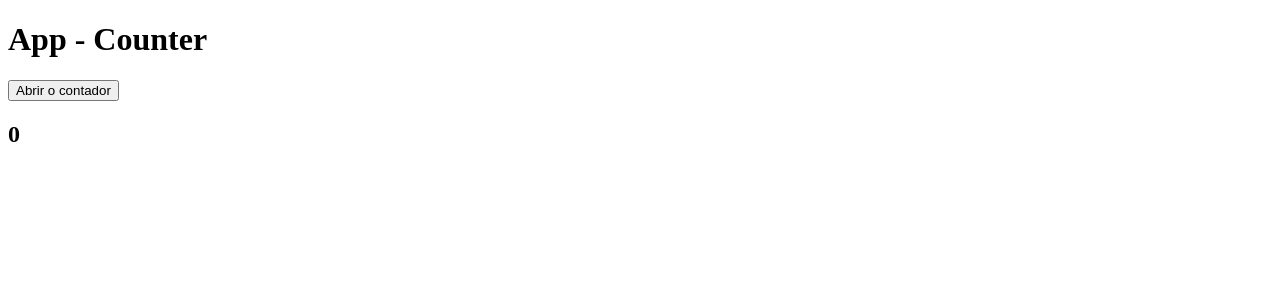
Repository: AlanRei/Counter
Page: /
The author's editor kept a copy of each file at every save. The page is drawn from the files as they stood at one save, then again after the next save.
The browser window is 1280 px wide. The pictures show the whole page.
The project was rebuilt for these pictures with package versions that can differ from the ones it lists, and the page was loaded fresh each time. The framework's server and built-in components were replaced by stand-ins that run in the browser. Also part of the build but not shown: next.config.js.

Above is the page before, as saved 2021-12-15 14:37:46.

After the next save:
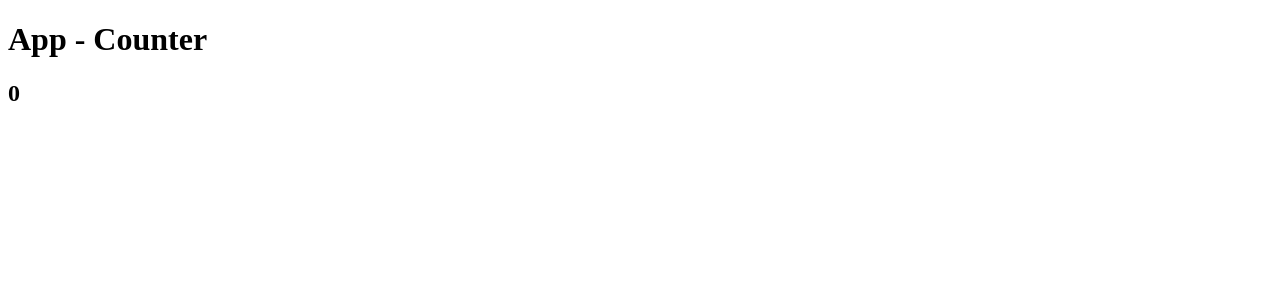
Saved 115 s later.
--- a/src/pages/index.js
+++ b/src/pages/index.js
@@ -25,7 +25,7 @@
       <h1>App - Counter</h1>
 
       {isOpen && <button onClick={handleOpenCounter}>Fechar contador</button>}
-      <button onClick={handleOpenCounter}>Abrir o contador</button>
+      {isOpen && <button onClick={handleOpenCounter}>Abrir o contador</button>}
       {isOpen && (
         <button onClick={handleAddCounter}>Adicionar ao contador</button>
       )}

After the 2 saves that followed:
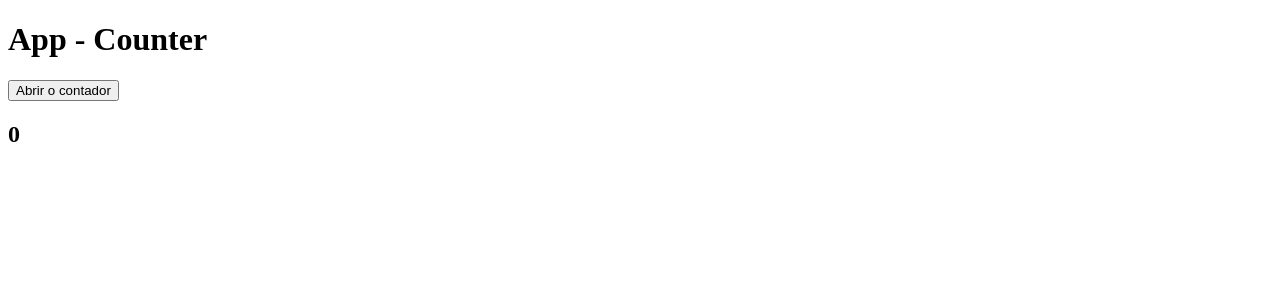
The 2 saves are shown as one change because 1 did not build or start.
The last was saved 36 s later.
--- a/src/pages/index.js
+++ b/src/pages/index.js
@@ -25,7 +25,8 @@
       <h1>App - Counter</h1>
 
       {isOpen && <button onClick={handleOpenCounter}>Fechar contador</button>}
-      {isOpen && <button onClick={handleOpenCounter}>Abrir o contador</button>}
+
+      {!isOpen && <button onClick={handleOpenCounter}>Abrir o contador</button>}
       {isOpen && (
         <button onClick={handleAddCounter}>Adicionar ao contador</button>
       )}
